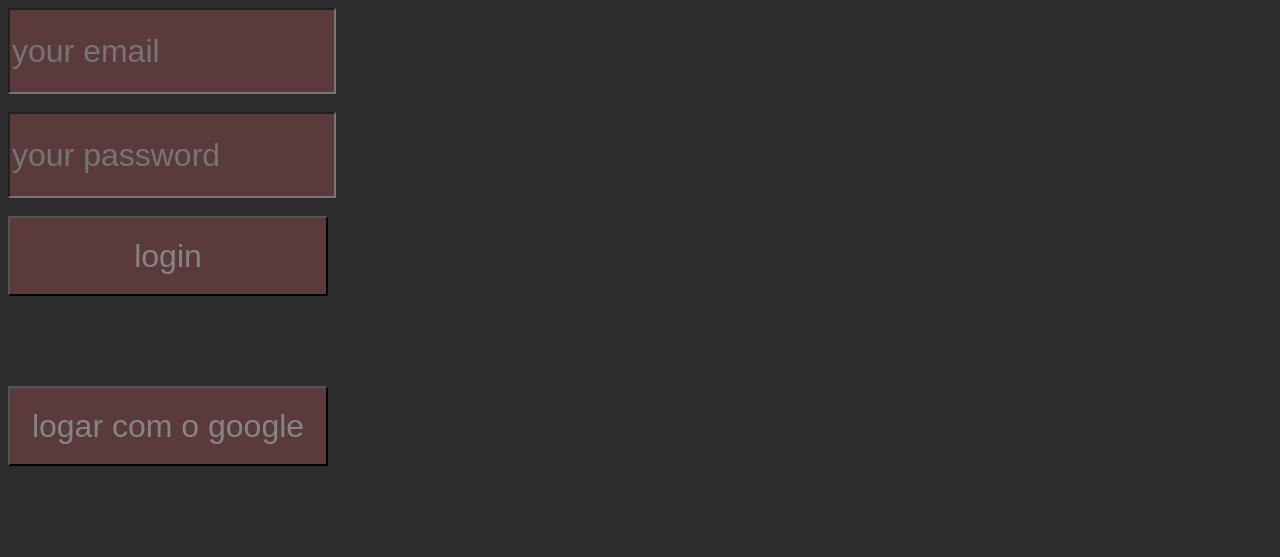
Repository: Vinicius-Borges7/NMLS
Page: frontend/pages/index.html
These files come from the project's save history. The page is drawn as it stood at one moment and after the next save; the edit follows.
The browser window is 1280 px wide. The pictures show the whole page.

Above is the page before, as saved 2023-05-22 14:52:51.

### frontend/pages/index.html
<!DOCTYPE html>
<html lang="en">
<head>
    <meta charset="UTF-8">
    <meta http-equiv="X-UA-Compatible" content="IE=edge">
    <meta name="viewport" content="width=device-width, initial-scale=1.0">
    <title>login</title>

    <link href="../styles/index.css" rel="stylesheet"/>
    <script src="../scripts/index.js" async></script>
</head>
<body>
    <section>
        <input name="email" id="iptEmail" placeholder="your email" required/><br/><br/>
        <input name="password" id="iptPassword" placeholder="your password" required/><br/><br/>
        <button onclick="login()">login</button><br/><br/><br/><br/><br/>
    </section>
    <br/>
    <section>
        <button>logar com o google</button>
    </section>
</body>
</html>

### frontend/styles/index.css
body{
    background-color: rgb(44, 44, 44);
}

input{
    background-color: rgb(90, 58, 58);
    width: 20rem;
    height: 5rem;
    font-size: 2rem;

    color: rgb(206, 3, 3);
}

button{
    background-color: rgb(90, 58, 58);
    width: 20rem;
    height: 5rem;
    font-size: 2rem;

    color: rgb(133, 133, 133);
}

a{
    color: rgb(206, 3, 3);
    font-size: 30px;
}

### frontend/scripts/index.js
async function login() {
    const email = document.querySelector('#iptEmail').value;
    const password = document.querySelector('#iptPassword').value;

    const body = {
      email: email,
      password: password
    };

    try {
      const response = await fetch('http://localhost:8080/user/login', {
        method: 'POST',
        headers: {
          'Content-Type': 'application/json'
        },
        body: JSON.stringify(body)
      });

      let data = await response.json();

      if(response.status === 200){
        console.log(data.token);
      }

      if (response.status === 401) {
        throw new Error('Credenciais inválidas');
      }

      if (!response.ok) {
        throw new Error('Erro na requisição');
      }

    } catch (error) {
      console.error(error);
        window.alert("senha incorreta")
    }
  }

After the next save:
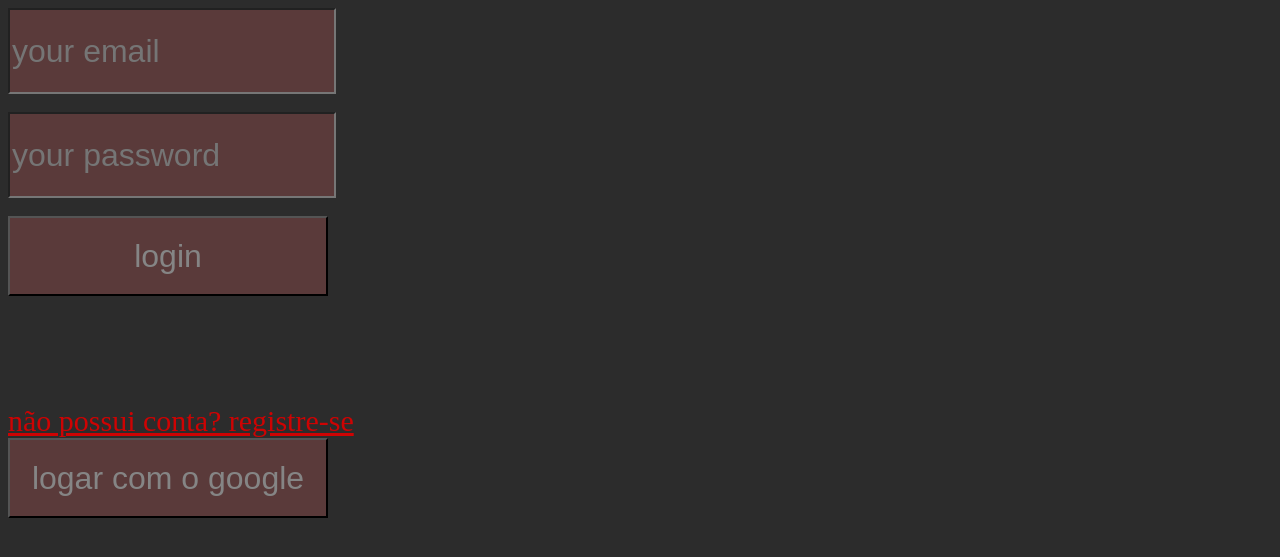
Saved 4 s later.
--- a/frontend/pages/index.html
+++ b/frontend/pages/index.html
@@ -17,6 +17,10 @@
     </section>
     <br/>
     <section>
+        <br/>
+        <a href="file:///C:/Users/if4health/Desktop/LoginSystem/frontend/pages/register.html">não possui conta? registre-se</a>
+    </section>
+    <section>
         <button>logar com o google</button>
     </section>
 </body>
